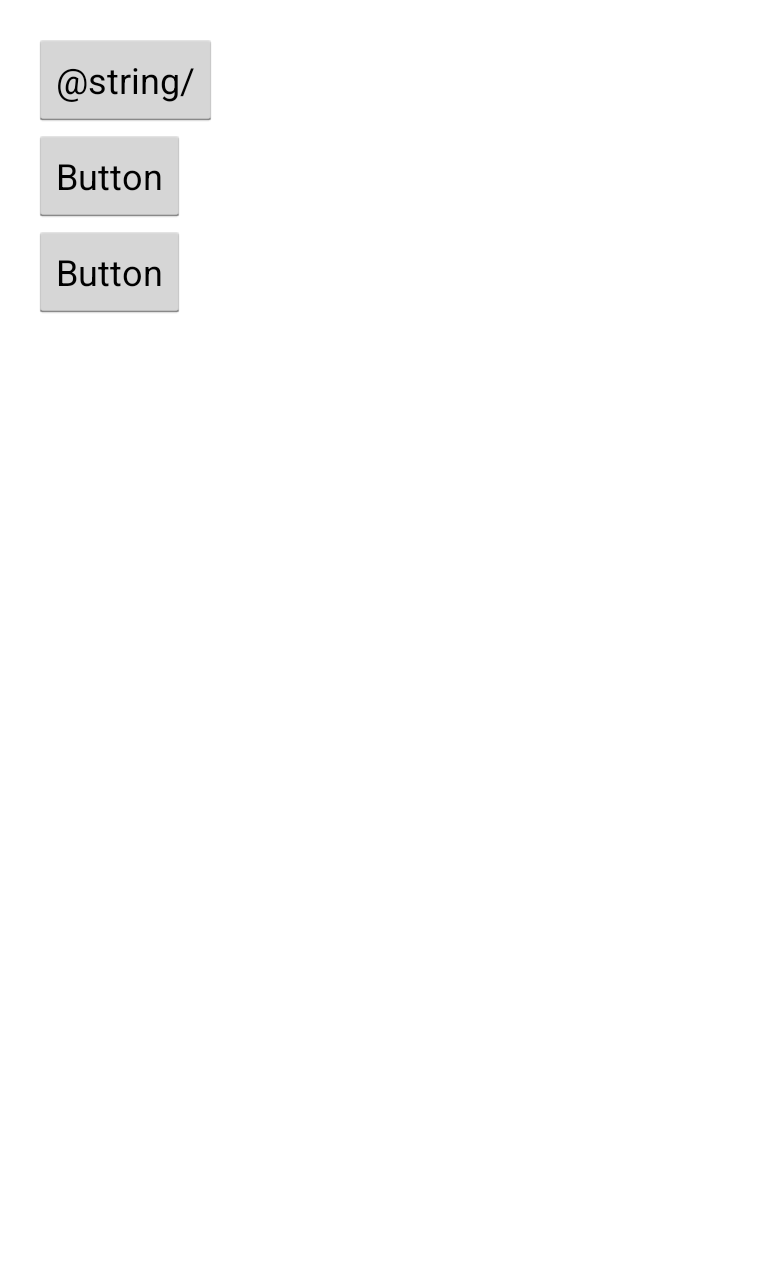
Repository: adrish00/android_learning
Layout: Demo001LinearLayoutExample/res/layout/activity_demo001_main.xml
These files come from the project's save history. The layout is drawn as it stood at one moment and after the next save; the edit follows.
It is drawn on a 768 x 1280 px phone screen (xhdpi) without system bars, with theme AppTheme; the app's code is not run.

Above is the layout before, as saved 2015-09-04 23:05:31.

### Demo001LinearLayoutExample/res/layout/activity_demo001_main.xml
<LinearLayout xmlns:android="http://schemas.android.com/apk/res/android"
    xmlns:tools="http://schemas.android.com/tools"
    android:id="@+id/LinearLayout2"
    android:layout_width="match_parent"
    android:layout_height="match_parent"
    android:orientation="vertical"
    android:paddingBottom="@dimen/activity_vertical_margin"
    android:paddingLeft="@dimen/activity_horizontal_margin"
    android:paddingRight="@dimen/activity_horizontal_margin"
    android:paddingTop="@dimen/activity_vertical_margin"
    tools:context="com.learning.anroid.demo001.Demo001MainActivity" >

    <Button
        android:id="@+id/button1"
        android:layout_width="wrap_content"
        android:layout_height="wrap_content"
        android:text="@string/" />

    <Button
        android:id="@+id/button2"
        android:layout_width="wrap_content"
        android:layout_height="wrap_content"
        android:text="Button" />

    <Button
        android:id="@+id/button3"
        android:layout_width="wrap_content"
        android:layout_height="wrap_content"
        android:text="Button" />

</LinearLayout>

Loaded but not shown: Demo001LinearLayoutExample/res/values/styles.xml (common file); Demo001LinearLayoutExample/res/values-v11/styles.xml (common file); Demo001LinearLayoutExample/res/values-v14/styles.xml (common file); Demo001LinearLayoutExample/res/values/dimens.xml (common file); Demo001LinearLayoutExample/res/values-w820dp/dimens.xml (common file)

After the next save:
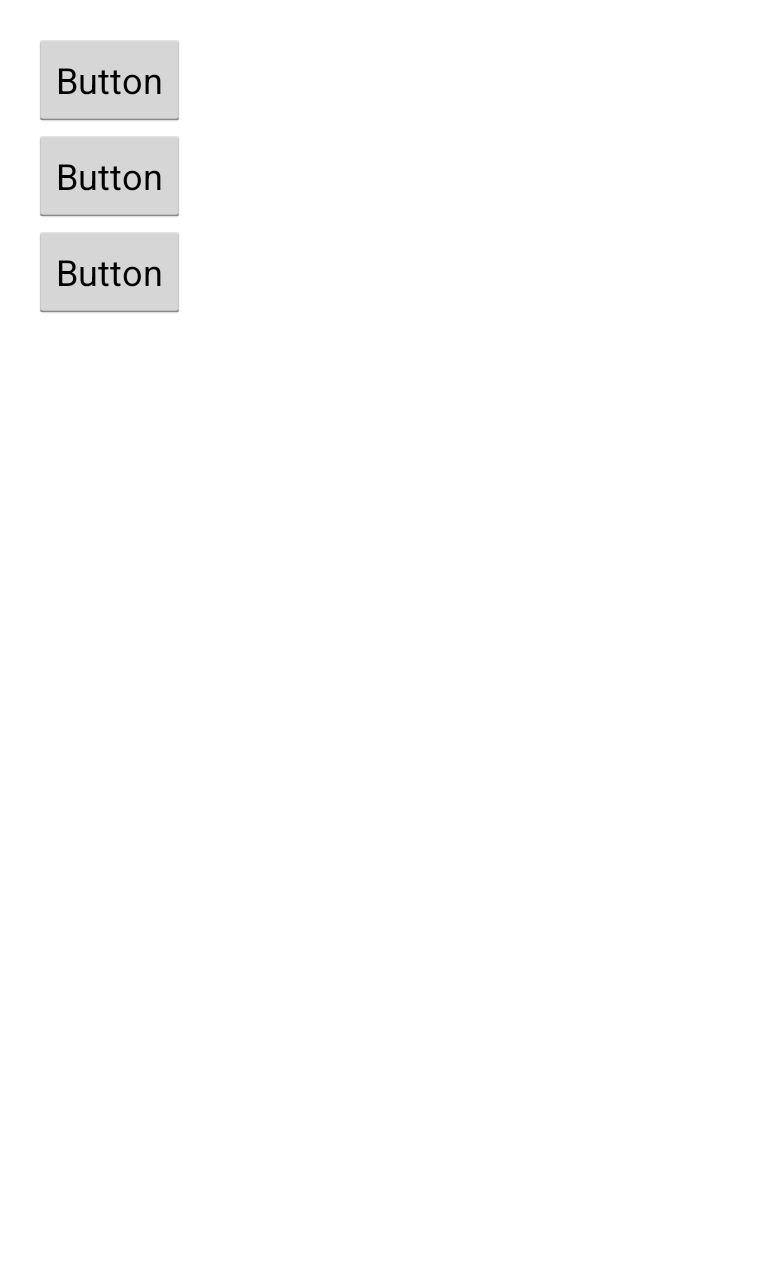
Saved 18 s later.
--- a/Demo001LinearLayoutExample/res/layout/activity_demo001_main.xml
+++ b/Demo001LinearLayoutExample/res/layout/activity_demo001_main.xml
@@ -1,6 +1,6 @@
 <LinearLayout xmlns:android="http://schemas.android.com/apk/res/android"
     xmlns:tools="http://schemas.android.com/tools"
-    android:id="@+id/LinearLayout2"
+    android:id="@+id/LinearLayout1"
     android:layout_width="match_parent"
     android:layout_height="match_parent"
     android:orientation="vertical"
@@ -14,7 +14,7 @@
         android:id="@+id/button1"
         android:layout_width="wrap_content"
         android:layout_height="wrap_content"
-        android:text="@string/" />
+        android:text="Button" />
 
     <Button
         android:id="@+id/button2"
